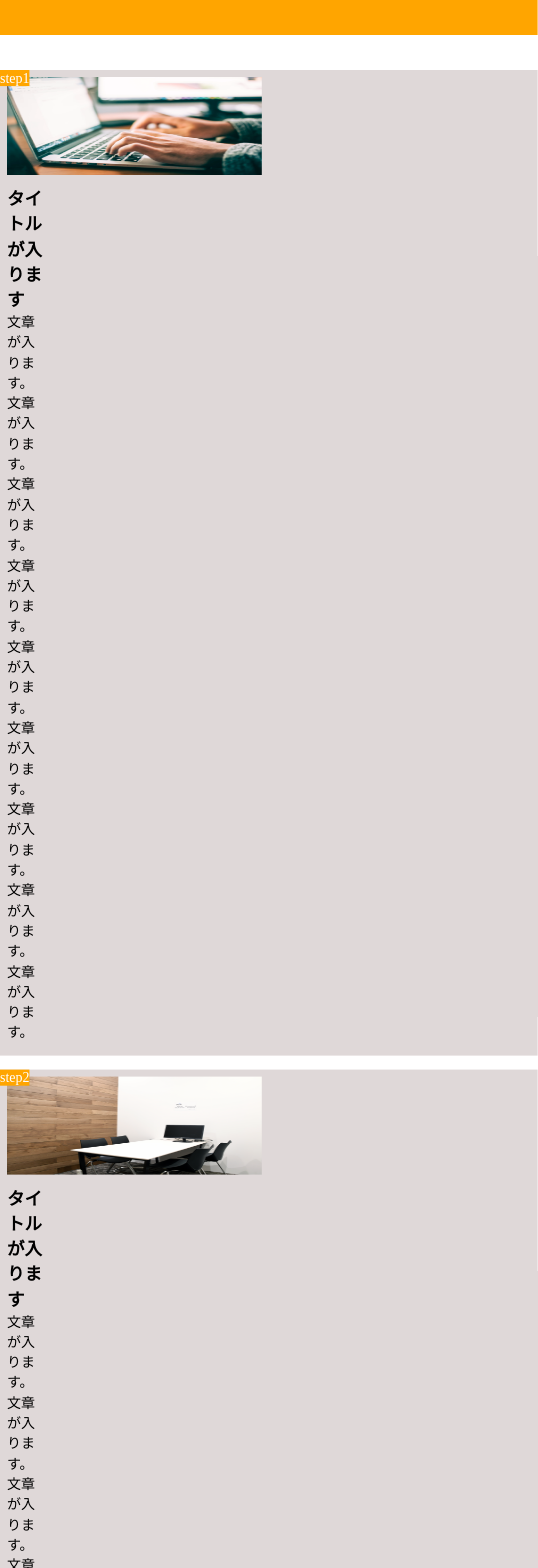
Repository: ishidaryu/ishidaryu
Page: HW/HW.html
The author's editor kept a record of every edit. The page is drawn from the files as they stood at one moment, then again after the next edit.
The browser window is 768 px wide. The pictures show the part of the page from y = 0 to 2240 px (the page is 4484 px tall before and 1253 px after), at 70% of full size.

Above is the page before.

### HW/HW.html
<!DOCTYPE html>
<html lang="ja">

  <head>
     <meta charset="UTF-8" />
     <link rel="stylesheet" href="HW.css" />
  </head>

  <body>

    <header></header>


    <main>
      <section class="blog">
        <div calss-="blog-box">

          <div class="blog-item">
            <div class="blog-box1">
              <img class="blog-image" src="flow01.png" />
              <p style="text-align:center">
                step1
              </p>
            </div>

              <section class="blog-text">
                <h3 class="blog-text-headimg">
                  <p class="blog-title">
                    タイトルが入ります
                  </p>
                </h3>
              <p class="blog-date">
                文章が入ります。文章が入ります。文章が入ります。文章が入りま
                す。文章が入ります。文章が入ります。文章が入ります。文章が入
                ります。文章が入ります。
                </p>
              </section>
            </div>

          <div class="blog-item">
            <div class="blog-box2">

              <img class="blog-image" src="flow02.png" />
               <p style="text-align:center">
                step2
               </p>
            </div>

                <section class="blog-text">
                  <h3 class="blog-text-headimg">
                    <p class="blog-title">
                      タイトルが入ります
                    </p>
                  </h3>
                <p class="blog-date">
                      文章が入ります。文章が入ります。文章が入ります。文章が入りま
                      す。文章が入ります。文章が入ります。文章が入ります。文章が入
                      ります。文章が入ります。
                </p>
                </section>
          </div>

          <div class="blog-item">
            <div class="blog-box3">
              <img class="blog-image" src="flow03.png" />
              <p style="text-align:center">
                step3
              </p>
            </div>
                <section class="blog-text">
                  <h3 class="blog-text-headimg">
                    <p class="blog-title">
                      タイトルが入ります
                    </p>
                </h3>
              <p class="blog-date">
                      文章が入ります。文章が入ります。文章が入ります。文章が入りま
                      す。文章が入ります。文章が入ります。文章が入ります。文章が入
                      ります。文章が入ります。
                </p>
                </section>
            </div>
        </section>
        </div>

    </main>


    <footer></footer>

  </body>
</html>

### HW/HW.css
* {
  margin: 0;
  padding: 0;
  box-sizing: border-box;

}



a {
  text-decoration: none;
}

header {
  width: 100%;
  height: 50px;
  background-color: orange;
}

main {
  width: 100%;
  display: flex;
  justify-content: center;
  margin: 0 auto;
  padding: 50px 0;
}

.blog {
  width: 90%;
}


.blog-box {
  padding-top: 50px;
}

.blog-box1 {
  position: relative;
}

.blog-box1 p {
  position: absolute;
  color: white;
  top: 0;
  left: 0;
  margin: 0;
  background: orange;
  font-size: 20px;
}

.blog-box2 {
  position: relative;
}

.blog-box2 p {
  position: absolute;
  color: white;
  top: 0;
  left: 0;
  margin: 0;
  background: orange;
  font-size: 20px;
}

.blog-box3 {
  position: relative;
}

.blog-box3 p {
  position: absolute;
  color: white;
  top: 0;
  left: 0;
  margin: 0;
  background: orange;
  font-size: 20px;
}

.blog-item {
  padding-bottom: 10px;
  margin-bottom: 20px;
  justify-content: flex-start;
  background-color: #dfd8d8;
}

.blog-image {
  width: 100%;
  height: 150px;
  padding: 10px 10px 0 10px;
}

.blog-text {
  padding: 10px;
}

.blog-text-heading {
  padding-bottom: 15px;
}

.blog-title {
  font-size: 25px;
}

.blog-date {
  font-size: 20px;
}


footer {
  width: 100%;
  height: 50px;
  background-color: #848282;
}

@media screen and (max-width: 768px) {

   main {
     width: 100%;
     display: block;
   }

  .blog {
    width: 100%;
    display: block;
  }

  .blog-image {
    width: 50%;
  }

  .blog-text {
    width: 10%;
  }
}

After the next edit:
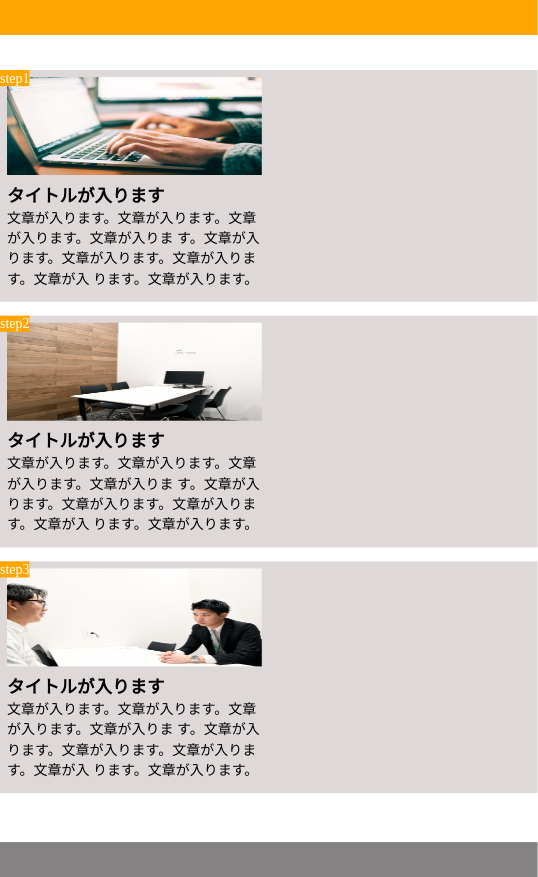
The edit:
--- a/HW/HW.css
+++ b/HW/HW.css
@@ -129,6 +129,8 @@
   }
 
   .blog-text {
-    width: 10%;
+    width: 50%;
+    padding-top: 5px;
   }
+
 }
